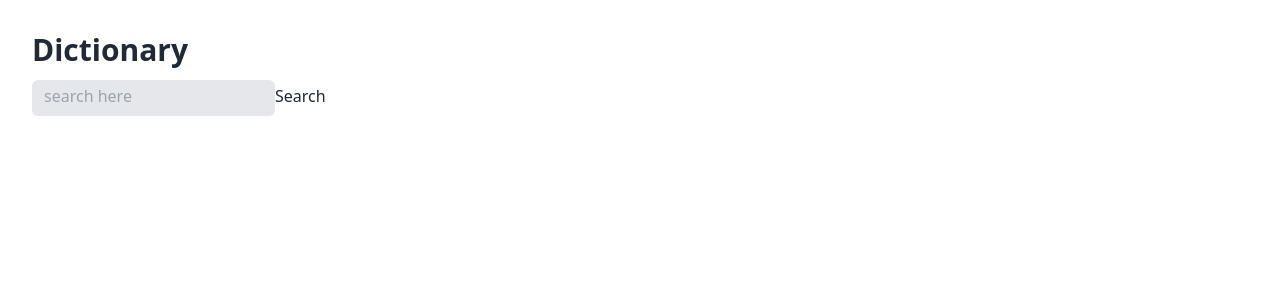
Repository: imokha01/dictionary-app
Page: /
These files come from the project's save history. The page is drawn as it stood at one moment and after a run of saves; the edit follows.
The browser window is 1280 px wide. The pictures show the whole page.
The project was rebuilt for these pictures with package versions that can differ from the ones it lists, and the page was loaded fresh each time. Also part of the build but not shown: vite.config.js, src/App.css.

Above is the page before, as saved 2024-02-19 10:54:26.

After the next 5 saves:
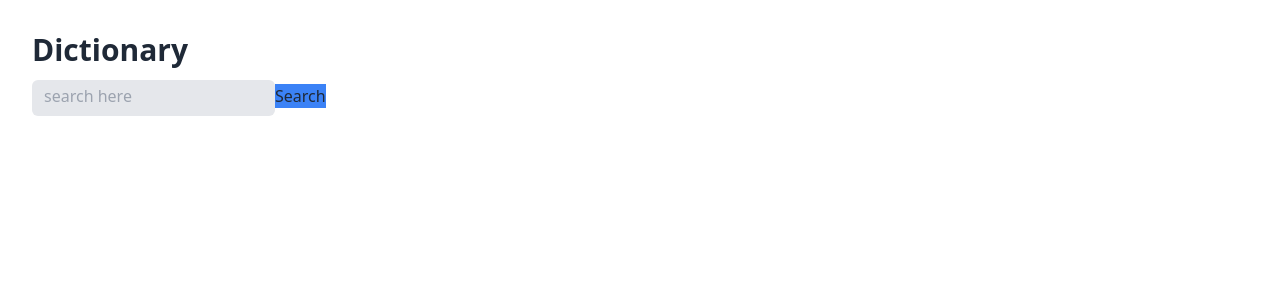
The 5 saves are shown as one change because they came seconds apart.
The last was saved 16 s later.
--- a/src/pages/Home.jsx
+++ b/src/pages/Home.jsx
@@ -6,7 +6,7 @@ const Home = () => {
                 <h1 className="text-3xl  font-semibold">Dictionary</h1>
                 <div>
                     <input className="bg-gray-200 rounded-md h-9 pl-3 pb-1" type="text" placeholder="search here" />
-                    <button className="">Search</button>
+                    <button className="bg-blue-500 ">Search</button>
                 </div>
             </div>
         </div>
